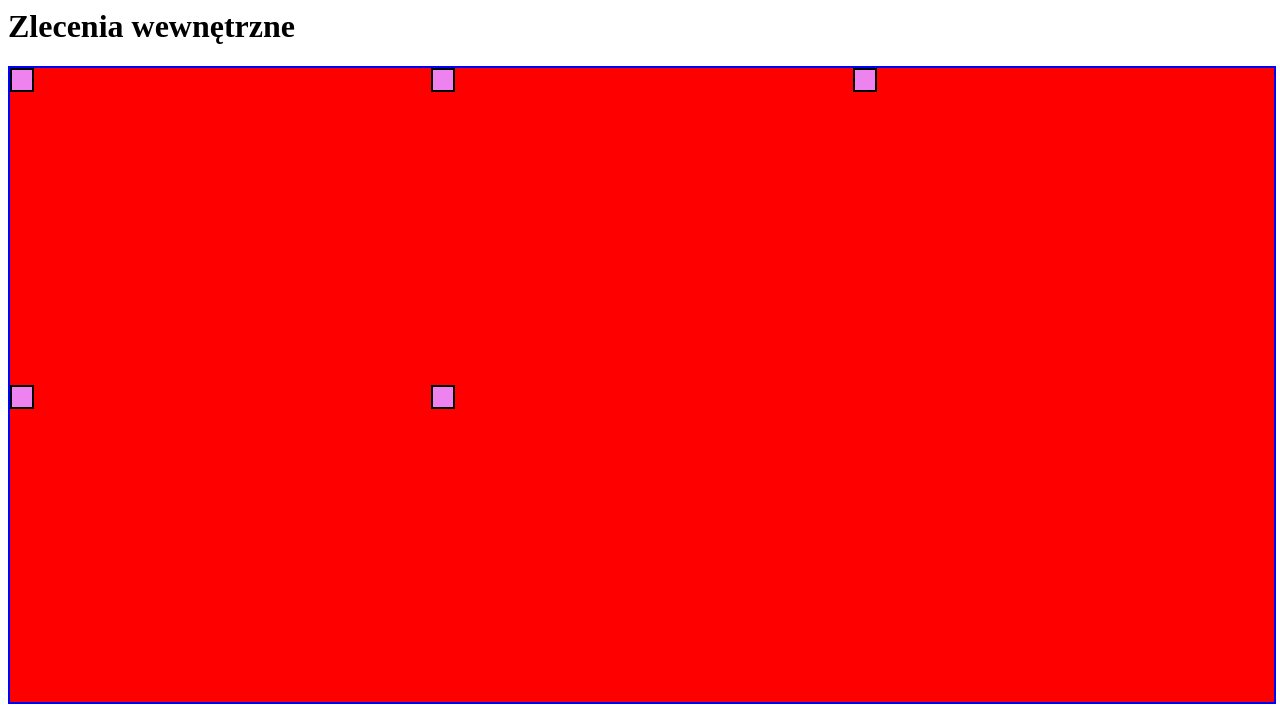
Repository: emdes515/EHpanel
Page: html/dashboardZleceniaWewnetrzne.html
The author's editor kept a copy of each file at every save. The page is drawn from the files as they stood at one save, then again after the next save.
The browser window is 1280 px wide. The pictures show the whole page.

Above is the page before, as saved 2024-04-18 08:22:06.

After the next save:
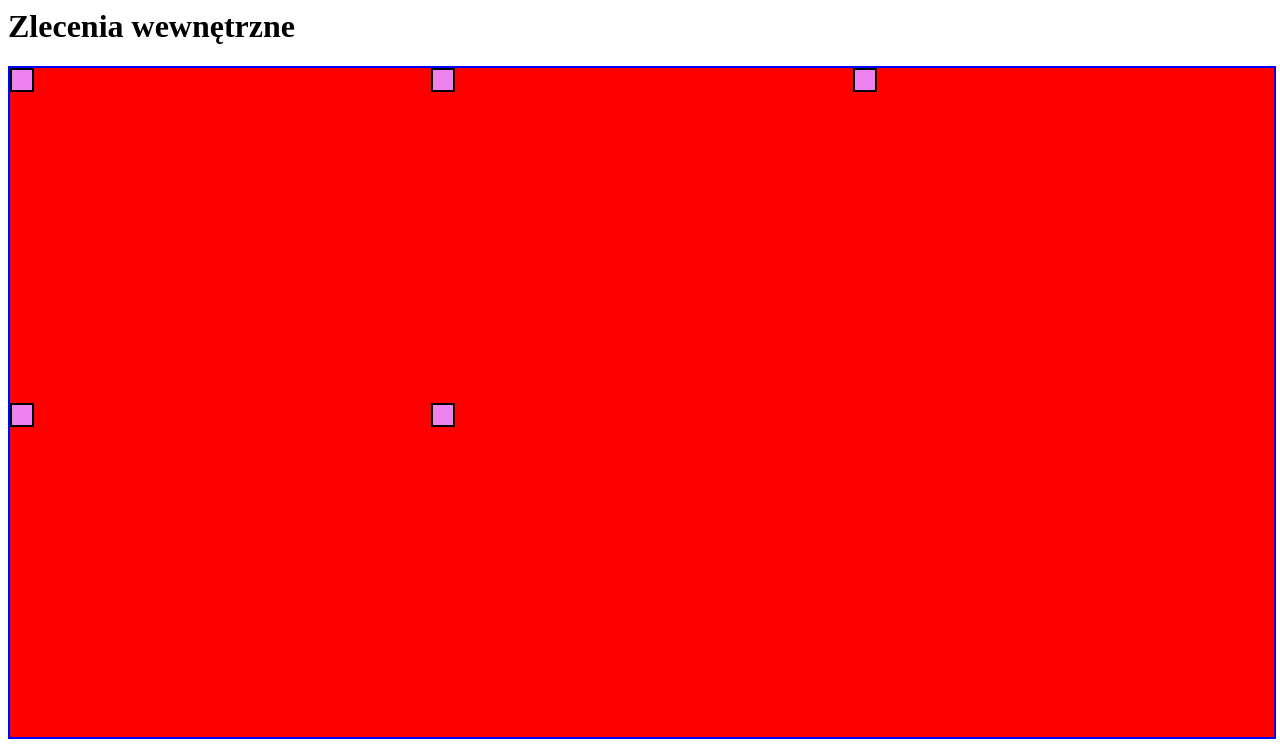
Saved 5 s later.
--- a/html/dashboardZleceniaWewnetrzne.html
+++ b/html/dashboardZleceniaWewnetrzne.html
@@ -9,7 +9,7 @@
 		grid-template-columns: 1fr 1fr 1fr;
 		grid-template-rows: 1fr 1fr;
 		width: 100%;
-		height: 90%;
+		height: 95%;
 		border: 2px solid blue;
 		background-color: red;
 	}
